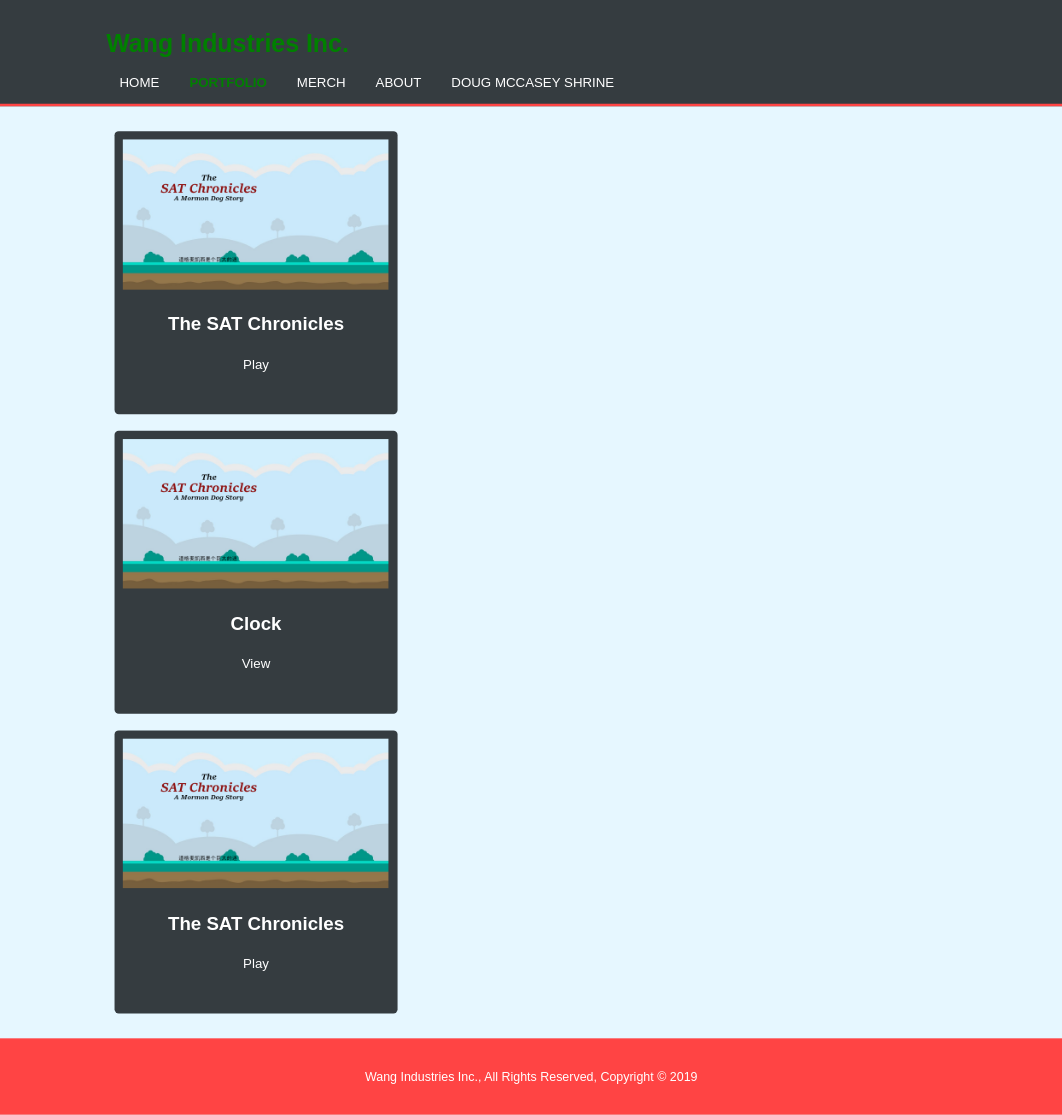
Repository: albert031/albert031.github.io
Page: portfolio.html
The author's editor kept a record of every edit. The page is drawn from the files as they stood at one moment, then again after the next edit.
The browser window is 1280 px wide. The pictures show the whole page, at 83% of full size.

Above is the page before.

### portfolio.html
<!DOCTYPE html>
<html>
    <head>
        <title>Albert's Website | Portfolio</title>
        <link rel=icon href=https://thewolfpacket.org/wp-content/uploads/2018/01/VP-675x900.jpg type=image/jpg?>
        <meta name=viewport content=width=device-width>
        <link rel=stylesheet type=text/css href=./css/style.css>
    </head>

    <body>
        <header>
            <div class=container>
                <div id=branding>
                    <h1 class=highlight>Wang Industries Inc.</h1>
                </div>
            </div>
            <nav>
                <div class=dropdown>
                    <button class=dropbtn><a href=index.html>Home</a></button>
                </div>
                <div class=dropdown>
                    <button class="dropbtn current"><a href=portfolio.html>Portfolio</a></button>
                    <div class=dropdown-content>
                        <a href=./projects/thesatchronicles.html>The SAT Chronicles</a>
                    </div>
                </div>
                <div class=dropdown>
                    <button class=dropbtn><a href=merch.html>Merch</a></button>
                    <div class=dropdown-content>
                        <a href="#">Dagu makkeishī Ramen Noodles™</a>
                        <a href="#">Dagu makkeishī ChopSticks™</a>
                        <a href="#">Dagu makkeishī Premium Soysauce Ultra Mega Doug Size™</a>
                    </div>
                </div>
                <div class=dropdown>
                    <button class=dropbtn><a href=about.html>About</a></button>
                </div>
                <div class=dropdown>
                    <button class=dropbtn><a href=dougshrine.html>Doug McCasey Shrine</a></button>
                    <div class=dropdown-content>
                        <a href=dougthethug.html>Doug the Thug</a>
                    </div>
                </div>
            </nav>
        </header>

        <section id=boxes>
            <div class=container>
                <div class=project>
                    <a href=./projects/thesatchronicles.html><img src=./imgsatchronicles/startscreen.png></a>
                    <h1>The SAT Chronicles</h1>
                    <a href=./projects/thesatchronicles.html>Play</a>
                </div>
            </div>
            <div class=container>
                <div class=project>
                    <a href=./projects/clock.html><img src=./imgsatchronicles/startscreen.png></a>
                    <h1>Clock</h1>
                    <a href=./projects/clock.html>View</a>
                </div>
            </div>
            <div class=container>
                <div class=project>
                    <a href=./projects/thesatchronicles.html><img src=./imgsatchronicles/startscreen.png></a>
                    <h1>The SAT Chronicles</h1>
                    <a href=./projects/thesatchronicles.html>Play</a>
                </div>
            </div>
        </section>
        <footer>
            <p>Wang Industries Inc., All Rights Reserved, Copyright &copy 2019</p>
        </footer>
    </body>
</html>

### css/style.css
/*CSS Style Sheet */

body{
    font-family:Arial, Helvetica, sans-serif;
    font-size:15px;
    line-height:1.5;
    padding:0;
    margin:0;
    background-color:#e6f7ff;
}

/* Global */
.container{
    width:80%;
    margin:auto;
    overflow:hidden;
}

ul {
    margin:0;
    padding:0;
}

.button_1{
    height:38px;
    background:#ff4444;
    border:0;
    padding-left:20px;
    padding-right:20px;
    color:#ffffff;
}

@keyframes rainbow{
    0% {color:red;}
    17% {color:orange;}
    34% {color:yellow;}
    50% {color:green;}
    67% {color:blue;}
    84% {color:indigo;}
    100% {color:violet;}
}

/* Header */
header{
    background:#353c40;
    color:#ffffff;
    padding-top:30px;
    min-height:70px;
    border-bottom: #ff4444 3px solid;
    list-style:none;
}

header a{
    text-decoration:none;
    text-transform:uppercase;
    color:#ffffff;
}

header nav{
    width:80%;
    margin:auto;
}

.dropbtn {
  background-color: transparent;
  outline:none;
  padding: 16px;
  font-size: 16px;
  border: none;
}

/* The container <div> - needed to position the dropdown content */
.dropdown {
  position: relative;
  display: inline-block;
}

/* Dropdown Content (Hidden by Default) */
.dropdown-content {
  display: none;
  position: absolute;
  background-color: #f1f1f1;
  min-width: 160px;
  box-shadow: 0px 8px 16px 0px rgba(0,0,0,0.2);
  z-index: 1;
}

/* Links inside the dropdown */
.dropdown-content a{
  color: black;
  padding: 12px 16px;
  text-decoration: none;
  display: block;
}

/* Change color of dropdown links on hover */
.dropdown-content a:hover {
    background-color: #ddd;
}

/* Show the dropdown menu on hover */
.dropdown:hover .dropdown-content {
    display: block;
}

header #branding{
    float:left;
}

header #branding h1{
    margin:0;
}

header .highlight, header .current a{
    animation:rainbow 2s linear infinite alternate;
    font-weight:bold;
}

header a:hover{
    color:#ff0000;
    font-weight:bold;
}

/* Showcase */
#showcase{
    min-height:400px;
    background-image:url(../img/ramenpic.jpg);
    background-position:center center;
    background-repeat:no-repeat;
    text-align:center;
    color:#000000;
}

#showcase h1{
    margin-top:100px;
    font-size:55px;
    margin-bottom:10px;
}

#showcase p{
    font-size:20px;
}

#order{
    padding:15px;
    color:#ffffff;
    background:#353c40;
}

/* Order */
#order h1{
    float:left;
}

#order form{
    float:right;
    margin-top:15px;
}

#order input[type=name]{
    padding:4px;
    height:25px;
    width:250px;
}

/* Boxes */
#boxes{
    margin-top:20px;
}

#boxes .box{
    float:left;
    text-align:center;
    width:30%;
    padding:10px;
}

#boxes .box img{
    width:150px;
}

/* Main-col */
article#main-col{
    float:left;
    width:65%;
}

footer{
    padding:20px;
    margin-top:20px;
    color:#ffffff;
    background-color:#ff4444;
    text-align:center;
}

/* Boxes around each project */
.project{
	background-color: #353c40;
	font-size: 100%;
	padding: 1%;
	width: 320px;
	height: 320px;
	float: left;
	text-align:center;
	border-radius: 5px;
	margin:1%;
}

.project a{
	color:#ffffff;
	text-decoration: none;
	font-size: 16px;
}

.project h1{
    color:#ffffff;
}

.project iframe{
    width:100%;
}

.project img{
    width:100%;
}

.project a:hover{
    color:#ff0000;
    font-weight:bold;
}

/* Game aligning */
#canvas{
    padding-left: 0;
    padding-right: 0;
    margin-left: auto;
    margin-right: auto;
    display:block;

}
/* Media Queries */
@media(max-width:768px){
    header #branding,
    header nav,
    header nav li,
    #order h1,
    #order form,
    #boxes .box{
        float:none;
        text-align:center;
        width:100%;
        }

    header{
        padding-bottom:20px;
    }

    #showcase h1{
        margin-top:40px;
    }

    #order button{
        display:block;
        width:100%;
    }

    #order form input[type=name]{
        width:100%;
        margin-bottom:5px
    }
}

After the next edit:
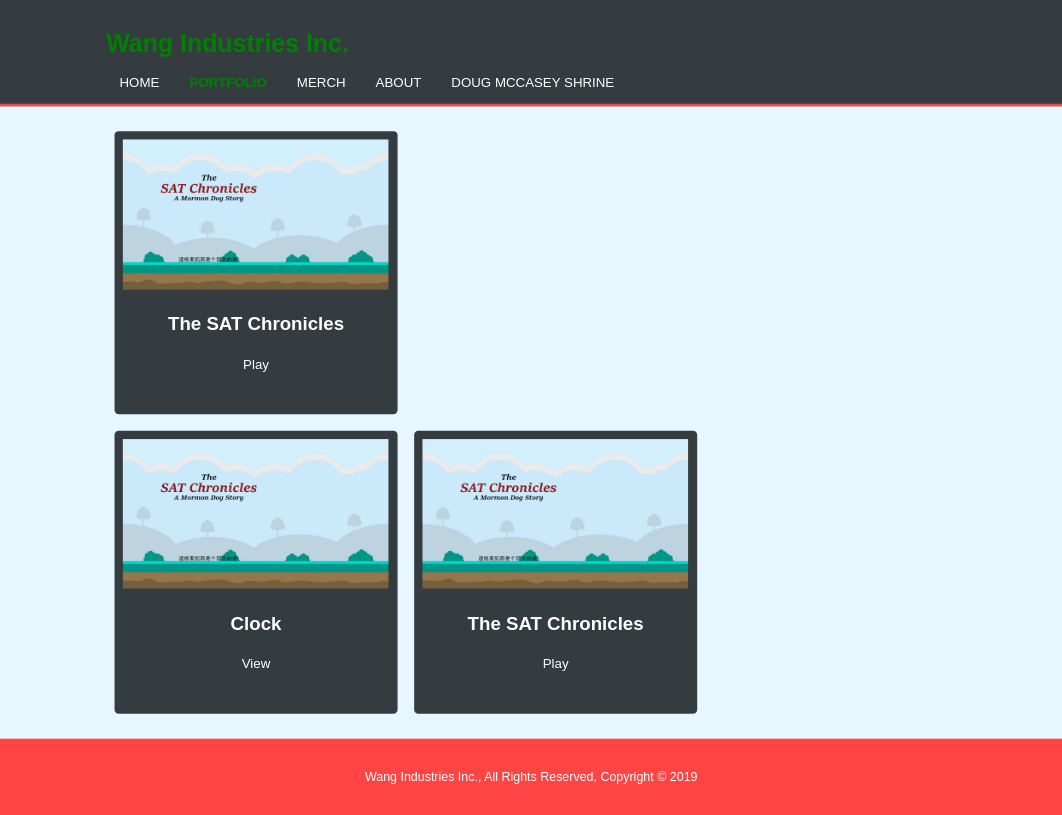
The edit:
--- a/portfolio.html
+++ b/portfolio.html
@@ -58,8 +58,7 @@
                     <h1>Clock</h1>
                     <a href=./projects/clock.html>View</a>
                 </div>
-            </div>
-            <div class=container>
+
                 <div class=project>
                     <a href=./projects/thesatchronicles.html><img src=./imgsatchronicles/startscreen.png></a>
                     <h1>The SAT Chronicles</h1>
